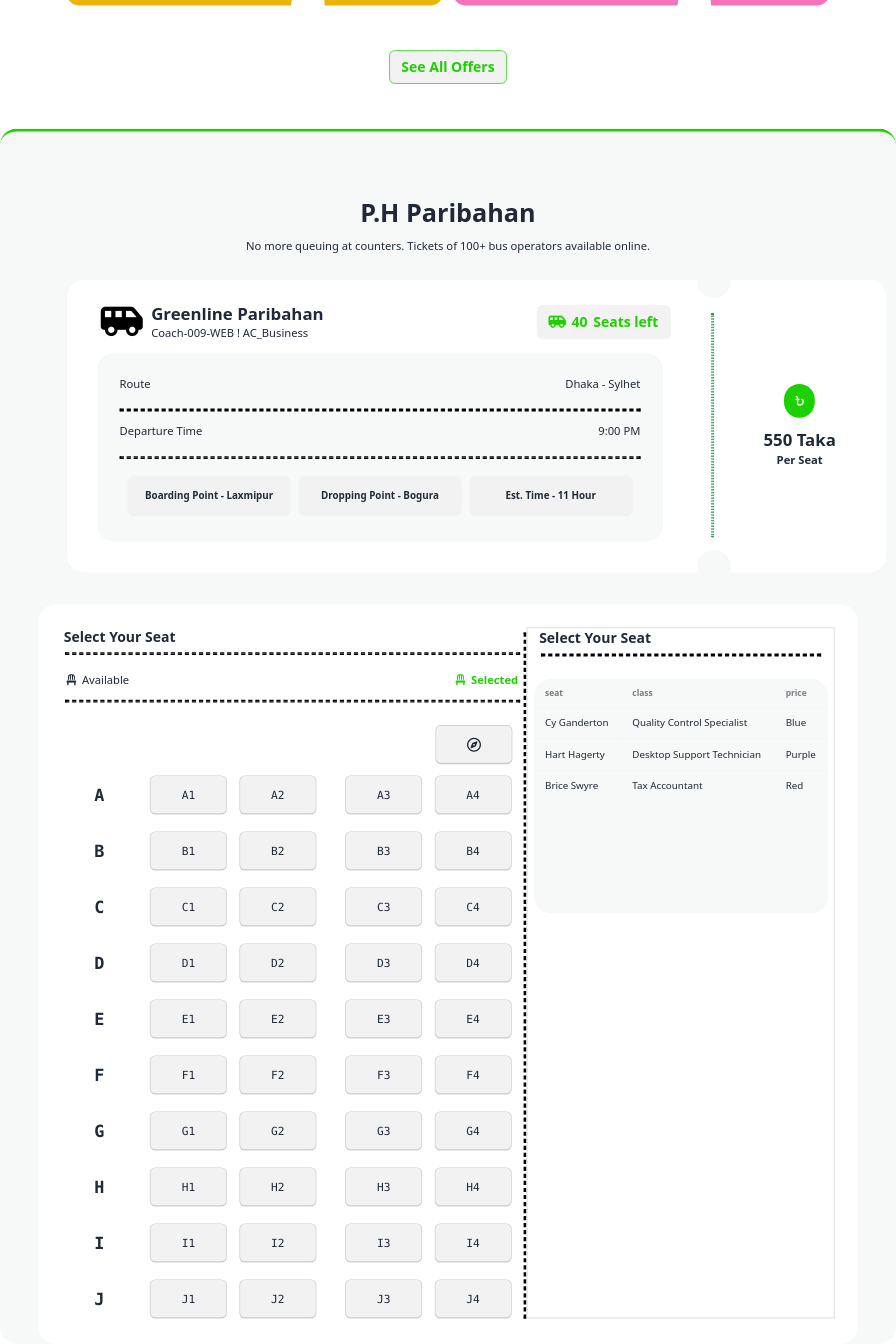
Repository: RudrasahaDibos/Smart-ticketing
Page: index.html
These files come from the project's save history. The page is drawn as it stood at one moment and after the next save; the edit follows.
The browser window is 1280 px wide. The pictures show the part of the page from y = 1134 to 3054 px (the page is 3054 px tall), at 70% of full size.
Some web fonts or font styles are not loaded; a fallback is used. Some web libraries are served in a nearby version.

Above is the page before, as saved 2024-11-10 15:54:50.

### index.html
<!DOCTYPE html>
<html lang="en">
  <head>
    <meta charset="UTF-8">
    <meta name="viewport" content="width=device-width, initial-scale=1.0">
    <title>Smart-ticketing</title>
    <!-- tailwind link -->
    <link href="https://cdn.jsdelivr.net/npm/daisyui@4.12.14/dist/full.min.css"
      rel="stylesheet" type="text/css" />
    <script src="https://cdn.tailwindcss.com"></script>
    <!-- font awesome link -->
    <link rel="stylesheet"
      href="https://cdnjs.cloudflare.com/ajax/libs/font-awesome/6.6.0/css/all.min.css"
      integrity="sha512-Kc323vGBEqzTmouAECnVceyQqyqdsSiqLQISBL29aUW4U/M7pSPA/gEUZQqv1cwx4OnYxTxve5UMg5GT6L4JJg=="
      crossorigin="anonymous" referrerpolicy="no-referrer" />

    <!-- google fonts  -->
    <link rel="preconnect" href="https://fonts.googleapis.com">
    <link rel="preconnect" href="https://fonts.gstatic.com" crossorigin>
    <link
      href="https://fonts.googleapis.com/css2?family=Anton+SC&family=Manrope:wght@200..800&family=Raleway:ital,wght@0,100..900;1,100..900&display=swap"
      rel="stylesheet">

    <style>
.raleway{
  font-family: "Raleway", sans-serif;
}
</style>

  </head>
  <body>
    <!-- header ends here -->
    <header class="container mx-auto lg:pl-24 lg:pr-24 lg:pt-4 w-[1400px]">
      <div>
        <!-- navbar starts here -->
        <div class="navbar bg-base-100">
          <div class="navbar-start">
            <div class="dropdown">
              <div tabindex="0" role="button" class="btn btn-ghost lg:hidden">
                <svg
                  xmlns="http://www.w3.org/2000/svg"
                  class="h-5 w-5"
                  fill="none"
                  viewBox="0 0 24 24"
                  stroke="currentColor">
                  <path
                    stroke-linecap="round"
                    stroke-linejoin="round"
                    stroke-width="2"
                    d="M4 6h16M4 12h8m-8 6h16" />
                </svg>
              </div>
              <ul
                tabindex="0"
                class="menu menu-sm dropdown-content bg-base-100 rounded-box z-[1] mt-3 w-52 p-2 shadow">
                <li><a>Home</a></li>
                <li><a>About</a></li>
                <li><a>Destination</a></li>
                <li><a>Search</a></li>
              </ul>
            </div>
            <a class="btn btn-ghost text-2xl font-extrabold">E-Ticket</a>
          </div>
          <div class="navbar-center hidden lg:flex">
            <ul class="menu menu-horizontal px-1">
              <li><a>Home</a></li>
              <li><a>About</a></li>
              <li><a>Destination</a></li>
              <li><a>Search</a></li>
            </ul>
          </div>
          <div class="navbar-end">
            <a class="btn text-[#1DD100]  border-1  text-xl">Bus <i
                class="fa-solid fa-van-shuttle"></i></a>
          </div>
        </div>
      </div>

      <!-- banner start here -->

      <div
        class="hero h-[550px] mt-8 bg-[url('/images/banner.png')] rounded-3xl relative">

        <div class="hero-content text-neutral-content text-center">
          <div class>
            <h1 class="mb-5 text-5xl font-extrabold">End-to-End Travel with <br>
              <span class="text-5xl text-[#1DD100]  font-extrabold">P
                Paribahan</span></h1>
            <p class="mb-5">
              A one-stop solution for your travel needs

              Introducing you to the Shohoz way of life
            </p>
            <button class="btn bg-[#1DD100] border-none">Buy Tickets</button>
          </div>
        </div>
      </div>

      <!-- banner end here -->

      <!-- 3 card start here  -->

      <div
        class=" flex justify-between items-center gap-4 pl-16 pr-16 absolute -bottom-4   ">
        <div
          class="stat flex bg-white justify-center items-center shadow-xl  border-b-4 border-b-[#1DD100]  rounded-2xl w-[338px] h-[138px]">
          <div class="text-[#1DD100] text-2xl font-extrabold ">
            <i class="fa-solid fa-users"></i>
          </div>

          <div>
            <div class="stat-value">500K+</div>
            <div class="stat-desc text-xl ">Registered users</div>
          </div>

        </div>

        <div
          class="stat flex bg-white justify-center items-center  border-b-4 border-b-[#1DD100] shadow-xl  rounded-2xl w-[338px] h-[138px]">
          <div class="text-[#1DD100] text-2xl font-extrabold ">
            <i class="fa-solid fa-ticket  "></i>

          </div>

          <div>
            <div class="stat-value">1.7 lacks</div>
            <div class="stat-desc text-xl ">Tickets sold</div>
          </div>

        </div>

        <div
          class="stat flex bg-white justify-center items-center  border-b-4 border-b-[#1DD100] shadow-xl  rounded-2xl w-[338px] h-[138px]">
          <div class="text-[#1DD100] text-2xl font-extrabold ">
            <i class="fa-solid fa-van-shuttle"></i>

          </div>

          <div>
            <div class="stat-value">80K+</div>
            <div class="stat-desc text-xl ">Rental partners</div>
          </div>

        </div>
      </div>

      <!-- 3 card ends here -->

      <!-- navbar Ends here -->
    </header>
    <!-- header ends here -->

    <!-- main start here -->
    <main class>
      <!-- Best offers for you start here -->
      <section
        class="mt-40 container mx-auto  lg:pl-24 lg:pr-24 lg:pt-4 w-[1400px]">
        <h1 class="text-4xl font-semibold text-center">Best offers for you</h1>
        <!-- two card start here -->
        <div class="flex  flex-col lg:flex-row gap-4 mt-10">
          <div class="bg-yellow-500  w-[573px] h-[220px]  rounded-2xl">

            <div>

              <div class=" w-[50%] mt-14 ml-14">
                <h1 class="text-4xl font-extrabold">15% OFF</h1>
                <p class="text-xl font-bold">on your next purchase</p>
                <p class="text-xl font-bold">use by January 2024</p>
              </div>

              <div class=" w-1/4 -mt-20 ml-auto mr-14  text-center">
                <h1 class="text-4xl font-extrabold">NEW15</h1>
                <p class="text-xl font-bold">Coupon Code</p>

              </div>
            </div>
            <p
              class="bg-white w-[48px] h-[48px] absolute mx-auto rounded-full ml-80 -mt-40  "></p>
            <p
              class="bg-white w-[48px] h-[48px] absolute mx-auto rounded-full ml-80 mt-[55px]  "></p>
            <p
              class="border-2 border-dotted border-white relative w-0 h-32 -mt-[95px] ml-[343px]  "></p>

          </div>
          <div class="bg-pink-400   w-[573px] h-[220px] rounded-2xl">
            <div>

              <div class=" w-[50%] mt-14 ml-14">
                <h1 class="text-4xl font-extrabold">20% OFF</h1>
                <p class="text-xl font-bold">on your next purchase</p>
                <p class="text-xl font-bold">use by January 2024</p>
              </div>

              <div class="  w-2/4 -mt-20 ml-[300px] mr-14  text-center">
                <h1 class="text-4xl font-extrabold">Couple 20</h1>
                <p class="text-xl font-bold">Coupon Code</p>

              </div>
            </div>
            <p
              class="bg-white w-[48px] h-[48px] absolute mx-auto rounded-full ml-80 -mt-40  "></p>
            <p
              class="bg-white w-[48px] h-[48px] absolute mx-auto rounded-full ml-80 mt-[55px]  "></p>
            <p
              class="border-2 border-dotted border-white relative w-0 h-32 -mt-[95px] ml-[343px]  "></p>
          </div>
        </div>
        <div class=" text-center mt-16">
          <a class="btn text-[#1DD100]  border-1 border-[#1DD100] text-xl">See
            All Offers
          </a>
        </div>
        <!-- two card end here -->
      </section>

      <!-- Best offers for you ends here -->
      <!-- tickeing process start here -->
      <section
        class="bg-[#F7F8F8] w-full min-h-screen rounded-3xl mt-16 border-t-4 border-t-[#1DD100]">

        <div class="container mx-auto  lg:pl-24 lg:pr-24 lg:pt-4 w-[1400px]">
          <h1 class="text-4xl font-semibold text-center mt-20">P.H Paribahan
          </h1>
          <p class=" text-center w-[736px] h-[60px] mx-auto mt-4">No more
            queuing at counters. Tickets of 100+ bus operators available online.
          </p>
          <!-- Greenline Paribahan  start here-->

          <div
            class="bg-[#FFFFFF] w-[1170px] h-[418px] rounded-3xl  container mx-auto p-8 flex justify-between ">
            <div class=" w-3/4">
              <!-- Coach-009-WEB ! AC_Business start here -->
              <div class="flex justify-between ">

                <div class="flex justify-center items-center gap-3 ml-4 ">
                  <div class="text-5xl text-black  ">
                    <i class="fa-solid fa-van-shuttle "></i>
                  </div>
                  <div>
                    <h1 class="text-2xl font-bold">Greenline Paribahan</h1>
                    <p>Coach-009-WEB ! AC_Business</p>
                  </div>
                </div>

                <div class="flex felx-col justify-end mt-1">
                  <a class="btn text-[#1DD100]  border-1  text-xl"> <i
                      class="fa-solid fa-van-shuttle"></i> <span>40</span> Seats
                    left </a>
                </div>
              </div>
              <!-- Coach-009-WEB ! AC_Business end here -->

              <!-- Dhaka - Sylhet starts here -->
              <div
                class="bg-[#F7F8F8] w-[808px] h-[270px] mt-4 mx-auto rounded-3xl">

                <div class>
                  <div class="flex justify-between p-4 ">
                    <h1 class="ml-4 mt-4">Route</h1>
                    <h1 class="mr-4 mt-4">Dhaka - Sylhet</h1>
                  </div>

                  <div
                    class="border-dashed border-black border-2 mt-2  w-[744px] mx-auto h-0"></div>

                  <div class="flex justify-between p-4 ">
                    <h1 class="ml-4">Departure Time</h1>
                    <h1 class="mr-4">9:00 PM</h1>
                  </div>
                  <div
                    class="border-dashed border-black border-2 mt-2  w-[744px] mx-auto h-0"></div>

                  <div class="mt-2 p-4 flex justify-center items-center gap-3">
                    <button class="btn   w-[232px] h-[56px]">Boarding Point -
                      Laxmipur</button>
                    <button class="btn  w-[232px] h-[56px]">Dropping Point -
                      Bogura</button>
                    <button class="btn  w-[232px] h-[56px]">Est. Time - 11
                      Hour</button>
                  </div>
                </div>
              </div>
              <!-- Dhaka - Sylhet end here -->

            </div>

            <div
              class=" text-center flex flex-col justify-center items-center mr-10">
              <i
                class="fa-solid fa-bangladeshi-taka-sign bg-[#1DD100] rounded-full  p-4 text-white "></i>
              <h1 class="text-2xl font-semibold mt-4"><span>550</span> Taka</h1>
              <p class="font-bold">Per Seat</p>
            </div>

          </div>
          <p
            class="bg-[#F7F8F8] w-[48px] h-[48px] absolute mx-auto rounded-full ml-[900px] -mt-[440px]  "></p>
          <p
            class="bg-[#F7F8F8] w-[48px] h-[48px] absolute mx-auto rounded-full ml-[900px] -mt-8  "></p>
          <p
            class="border-2 border-dotted border-green-600 relative w-0 h-80 -mt-[370px] ml-[920px]  "></p>

          <!-- Greenline Paribahan  ends here-->
        </div>

        <!-- Select Your Seat star here  -->
        <div
          class="bg-[#FFFFFF] w-[1170px] h-[1056px] rounded-3xl mt-24 container mx-auto  ">

          <div class="flex justify-between p-8">
            <div class="w-3/5 ">
              <p class="font-semibold text-xl ml-1">Select Your Seat</p>
              <div
                class="border-dashed border-black border-2 mt-2  w-[650px] mx-auto h-0"></div>
              <!-- seat available start here -->
              <div class="flex justify-between mt-4">

                <div class="flex gap-2 justify-center items-center p-2 ">
                  <i class="fa-solid fa-chair"></i>
                  <p>Available</p>
                </div>
                <div
                  class="flex gap-2 justify-center items-center p-2 text-[#1DD100] ">
                  <i class="fa-solid fa-chair font-bold"></i>
                  <p class="font-bold">Selected</p>
                </div>

              </div>
              <!-- seat available ends here -->
              <div
                class="border-dashed border-black border-2 mt-2  w-[650px] mx-auto h-0"></div>
                <!-- seat planing start here -->
               <div class="mt-8">
                    <div class="text-end  mr-4">
                      <kbd class="kbd  h-[56px] w-[110px] text-center mx-auto "><i class="fa-regular fa-compass text-xl"></i></kbd>
                    </div>
                    <!-- seat  start here-->
                     <div class="flex  justify-between">
                          <!-- seat is with door start -->
                          <div class="grid grid-cols-3  w-3/5 ">
                                  <div class="mx-auto mt-4 space-y-6">
                                    <kbd class="kbd  w-[110px] h-[56px] bg-[#ffffff]  border-none font-bold text-2xl">A</kbd>
                                    <kbd class="kbd  w-[110px] h-[56px]  bg-[#ffffff] border-none font-bold text-2xl">B</kbd>
                                    <kbd class="kbd  w-[110px] h-[56px]  bg-[#ffffff] border-none font-bold text-2xl">C</kbd>
                                    <kbd class="kbd  w-[110px] h-[56px]  bg-[#ffffff] border-none font-bold text-2xl">D</kbd>
                                    <kbd class="kbd  w-[110px] h-[56px]  bg-[#ffffff] border-none font-bold text-2xl">E</kbd>
                                    <kbd class="kbd  w-[110px] h-[56px]  bg-[#ffffff] border-none font-bold text-2xl">F</kbd>
                                    <kbd class="kbd  w-[110px] h-[56px]  bg-[#ffffff] border-none font-bold text-2xl">G</kbd>
                                    <kbd class="kbd  w-[110px] h-[56px]  bg-[#ffffff] border-none font-bold text-2xl">H</kbd>
                                    <kbd class="kbd  w-[110px] h-[56px]  bg-[#ffffff] border-none font-bold text-2xl">I</kbd>
                                    <kbd class="kbd  w-[110px] h-[56px]  bg-[#ffffff] border-none font-bold text-2xl">J</kbd>
                                  </div>

                                  <div class="mt-4 space-y-6">
                                    <kbd class="kbd w-[110px] h-[56px] ">A1</kbd>
                                    <kbd class="kbd w-[110px] h-[56px] ">B1</kbd>
                                    <kbd class="kbd w-[110px] h-[56px] ">C1</kbd>
                                    <kbd class="kbd w-[110px] h-[56px] ">D1</kbd>
                                    <kbd class="kbd w-[110px] h-[56px] ">E1</kbd>
                                    <kbd class="kbd w-[110px] h-[56px] ">F1</kbd>
                                    <kbd class="kbd w-[110px] h-[56px] ">G1</kbd>
                                    <kbd class="kbd w-[110px] h-[56px] ">H1</kbd>
                                    <kbd class="kbd w-[110px] h-[56px] ">I1</kbd>
                                    <kbd class="kbd w-[110px] h-[56px] ">J1</kbd>
                                  </div>

                                  <div class="mt-4 space-y-6">
                                    <kbd class="kbd w-[110px] h-[56px] ">A2</kbd>
                                    <kbd class="kbd w-[110px] h-[56px] ">B2</kbd>
                                    <kbd class="kbd w-[110px] h-[56px] ">C2</kbd>
                                    <kbd class="kbd w-[110px] h-[56px] ">D2</kbd>
                                    <kbd class="kbd w-[110px] h-[56px] ">E2</kbd>
                                    <kbd class="kbd w-[110px] h-[56px] ">F2</kbd>
                                    <kbd class="kbd w-[110px] h-[56px] ">G2</kbd>
                                    <kbd class="kbd w-[110px] h-[56px] ">H2</kbd>
                                    <kbd class="kbd w-[110px] h-[56px] ">I2</kbd>
                                    <kbd class="kbd w-[110px] h-[56px] ">J2</kbd>
                                  </div>
                          </div>
                         <!-- seat is with door end -->

                          <!-- seat is driver start -->
                            <div class="grid grid-cols-2   w-2/5 ml-6">
                                    <div class="mx-auto mt-4 space-y-6">
                                      <kbd class="kbd w-[110px] h-[56px] ">A3</kbd>
                                      <kbd class="kbd w-[110px] h-[56px] ">B3</kbd>
                                      <kbd class="kbd w-[110px] h-[56px] ">C3</kbd>
                                      <kbd class="kbd w-[110px] h-[56px] ">D3</kbd>
                                      <kbd class="kbd w-[110px] h-[56px] ">E3</kbd>
                                      <kbd class="kbd w-[110px] h-[56px] ">F3</kbd>
                                      <kbd class="kbd w-[110px] h-[56px] ">G3</kbd>
                                      <kbd class="kbd w-[110px] h-[56px] ">H3</kbd>
                                      <kbd class="kbd w-[110px] h-[56px] ">I3</kbd>
                                      <kbd class="kbd w-[110px] h-[56px] ">J3</kbd>
                                    </div>
                                    <div class="mx-auto mt-4 space-y-6">
                                      <kbd class="kbd w-[110px] h-[56px] ">A4</kbd>
                                      <kbd class="kbd w-[110px] h-[56px] ">B4</kbd>
                                      <kbd class="kbd w-[110px] h-[56px] ">C4</kbd>
                                      <kbd class="kbd w-[110px] h-[56px] ">D4</kbd>
                                      <kbd class="kbd w-[110px] h-[56px] ">E4</kbd>
                                      <kbd class="kbd w-[110px] h-[56px] ">F4</kbd>
                                      <kbd class="kbd w-[110px] h-[56px] ">G4</kbd>
                                      <kbd class="kbd w-[110px] h-[56px] ">H4</kbd>
                                      <kbd class="kbd w-[110px] h-[56px] ">I4</kbd>
                                      <kbd class="kbd w-[110px] h-[56px] ">J4</kbd>
                                    </div>
                            </div>
                            <!-- seat is driver end -->
                     </div>

                     <!-- seat end here -->
               </div>

               <!-- seat planing end here -->



            </div>









            <div
              class="border-dashed border-black border-2 mt-2  w-[0px] mx-auto h-[980px]"></div>

            <div class="border-2  w-2/5 ">
              <p class="font-semibold text-xl ml-4">Select Your Seat</p>
              <div
                class="border-dashed border-black border-2 mt-2  w-[400px] mx-auto h-0"></div>

                <div class="bg-[#F7F8F8] w-[420px] h-[335px] rounded-3xl mx-auto mt-8 ">
                  <div class="overflow-x-auto">
                    <table class="table">
                      <!-- head -->
                      <thead>
                        <tr>

                          <th>seat</th>
                          <th>class</th>
                          <th>price</th>
                        </tr>
                      </thead>
                      <tbody>
                        <!-- row 1 -->
                        <tr>

                          <td>Cy Ganderton</td>
                          <td>Quality Control Specialist</td>
                          <td>Blue</td>
                        </tr>
                        <!-- row 2 -->
                        <tr>

                          <td>Hart Hagerty</td>
                          <td>Desktop Support Technician</td>
                          <td>Purple</td>
                        </tr>
                        <!-- row 3 -->
                        <tr>

                          <td>Brice Swyre</td>
                          <td>Tax Accountant</td>
                          <td>Red</td>
                        </tr>
                      </tbody>
                    </table>
                  </div>
                </div>

            </div>
          </div>

        </div>

        <!-- Select Your Seat end here  -->

      </section>
      <!-- tickeing process ends here -->

    </main>
    <!-- main ends here -->

    <!-- js add -->
    <script src="index.js"></script>
  </body>
</html>

Loaded but not shown: index.js (common file)

After the next save:
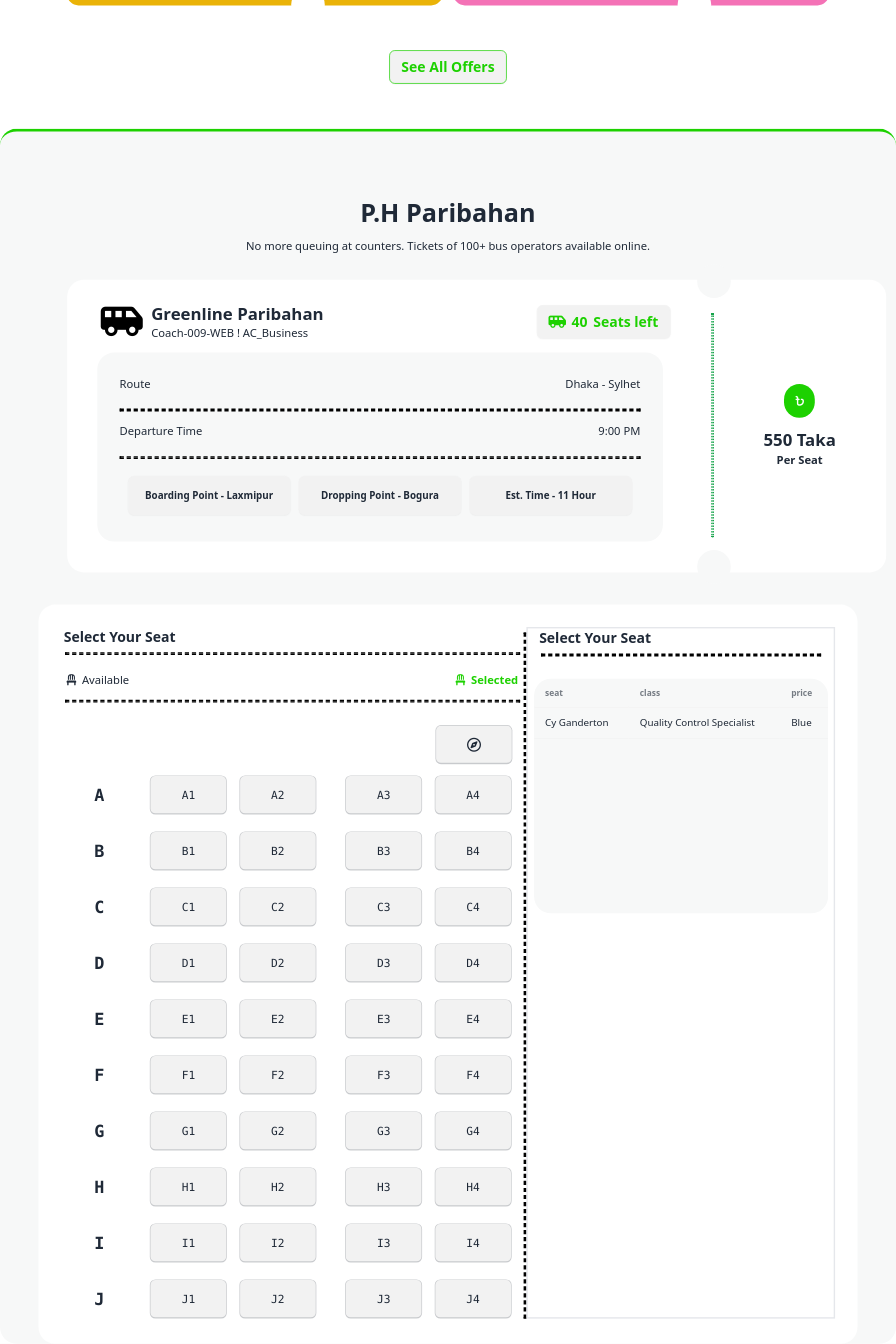
Saved 31 s later.
--- a/index.html
+++ b/index.html
@@ -454,20 +454,7 @@
                           <td>Quality Control Specialist</td>
                           <td>Blue</td>
                         </tr>
-                        <!-- row 2 -->
-                        <tr>
-
-                          <td>Hart Hagerty</td>
-                          <td>Desktop Support Technician</td>
-                          <td>Purple</td>
-                        </tr>
-                        <!-- row 3 -->
-                        <tr>
-
-                          <td>Brice Swyre</td>
-                          <td>Tax Accountant</td>
-                          <td>Red</td>
-                        </tr>
+
                       </tbody>
                     </table>
                   </div>
